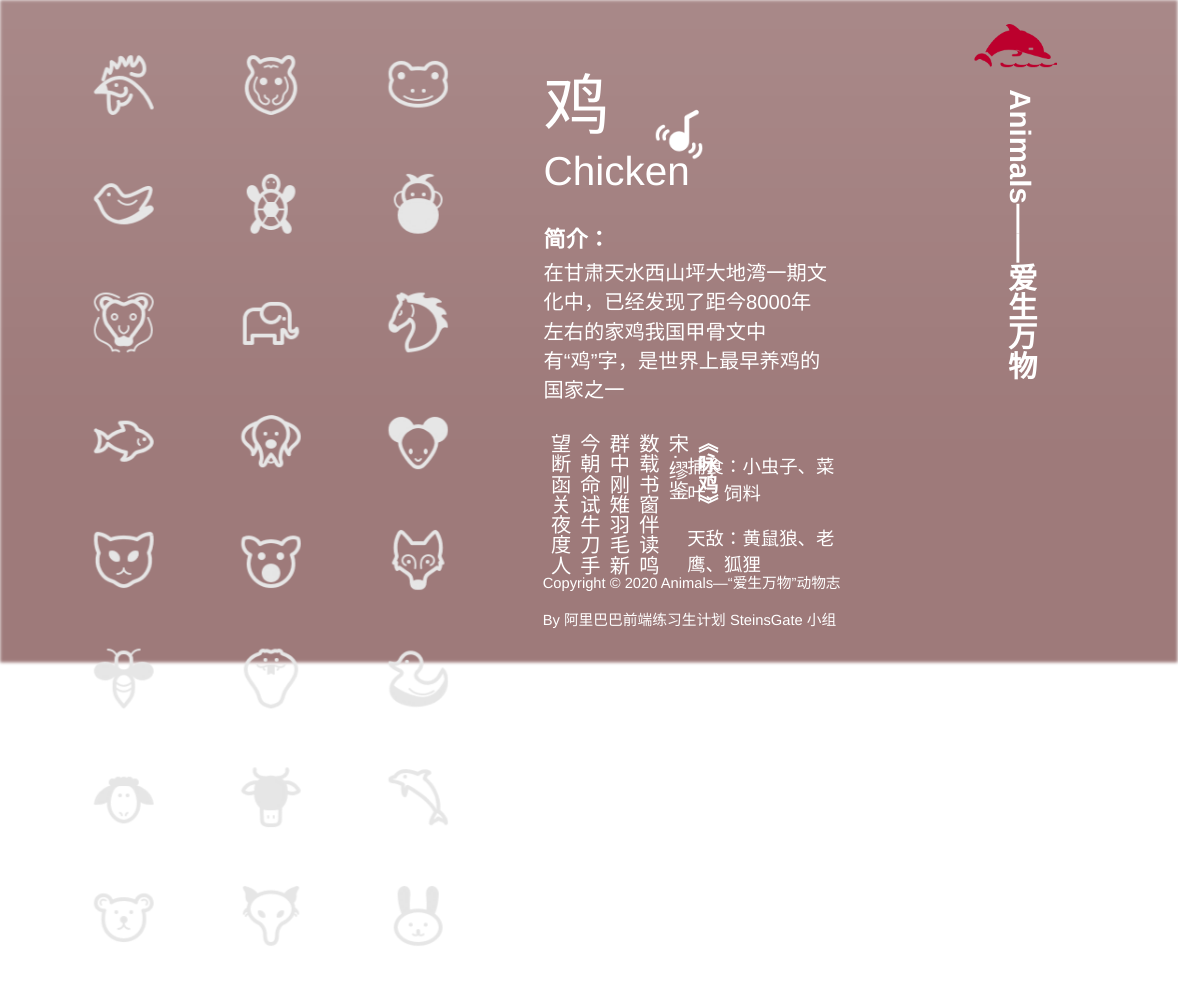
Repository: Whiskeyi/Animals
Page: /
An editor plug-in stored every save of this project. The page is shown before and after the next save, followed by the edit.
The browser window is 1280 px wide. The pictures show the whole page, at 92% of full size.
The project was rebuilt for these pictures with package versions that can differ from the ones it lists, and the page was loaded fresh each time.

Above is the page before, as saved 2021-11-17 18:09:30.

After the next save:
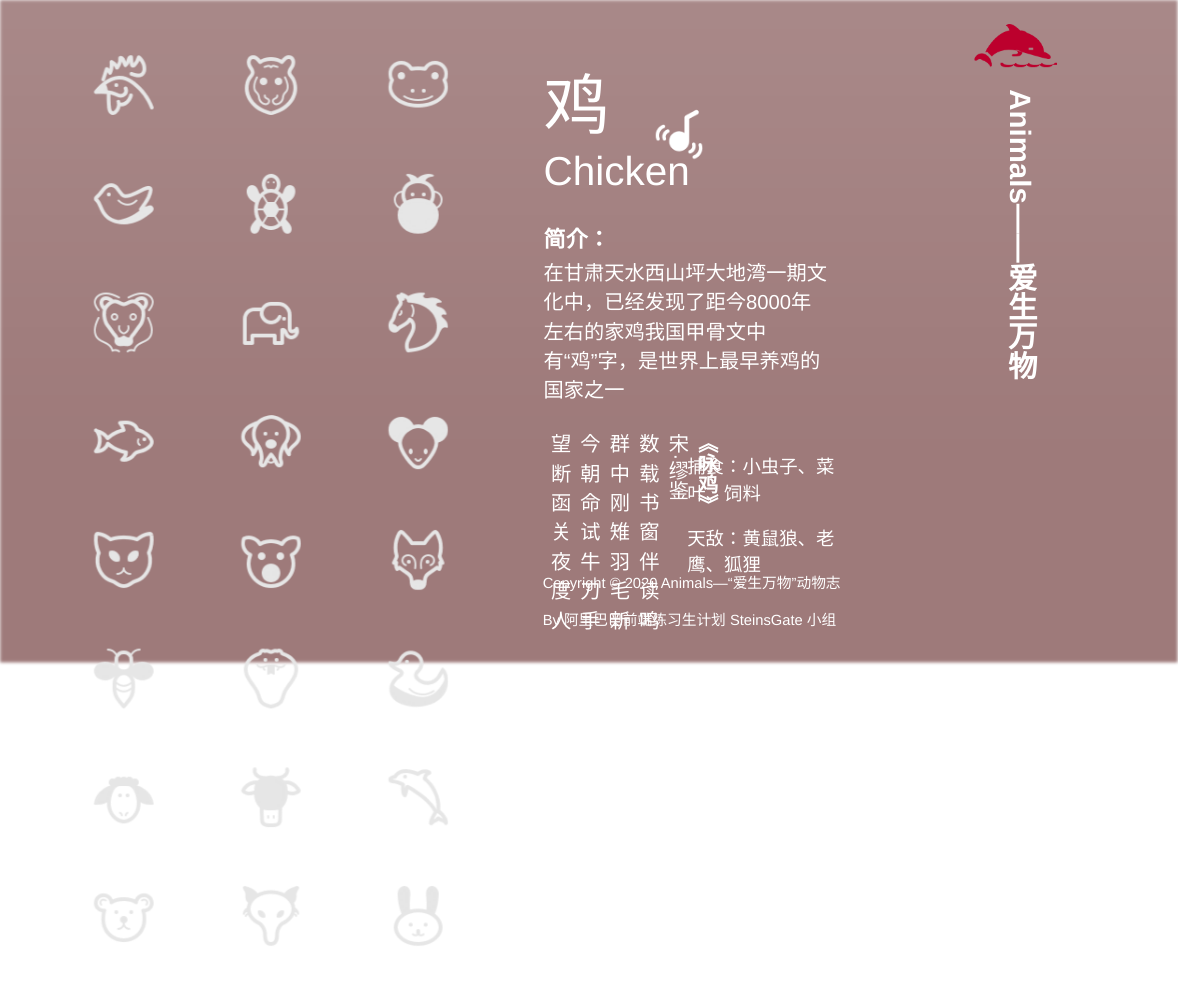
Saved 9 s later.
--- a/src/components/Info/habbit-poem/index.vue
+++ b/src/components/Info/habbit-poem/index.vue
@@ -60,7 +60,7 @@ export default {
     #poemTitle {
         font-weight: bold;
     }
-    #content {
+    .content {
         letter-spacing: 15px;
     }
 }
@@ -77,7 +77,7 @@ export default {
         #poemTitle {
             font-weight: bold;
         }
-        #content {
+        .content {
             letter-spacing: 10px;
         }
     }
